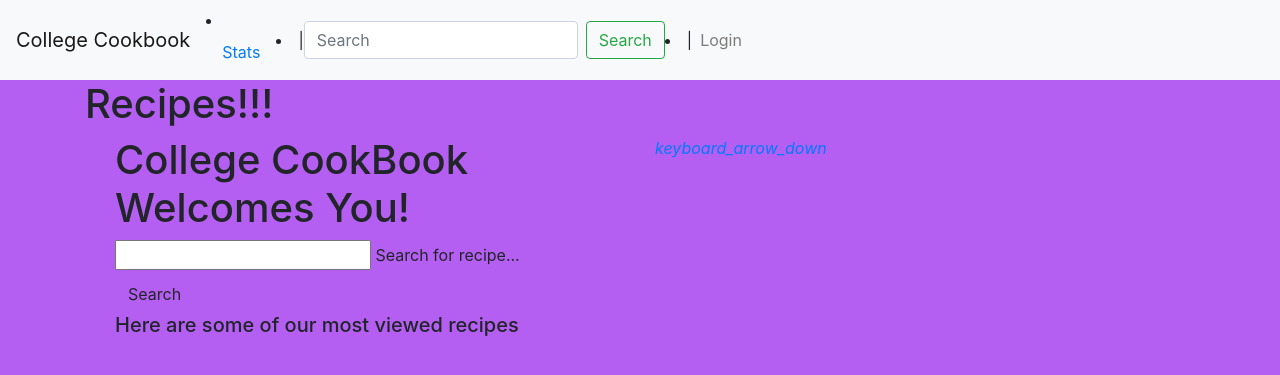
Repository: iiostefanos/college-cookbook
Page: templates/index.html
The author's editor kept a record of every edit. The page is drawn from the files as they stood at one moment, then again after the next edit.
The browser window is 1280 px wide. The pictures show the whole page.
The page is served by the project's application, run on Flask 3 (app.py). The template is opened directly, without the code that normally fills it, so the values that code supplies are empty.

Above is the page before.

After the next edit:
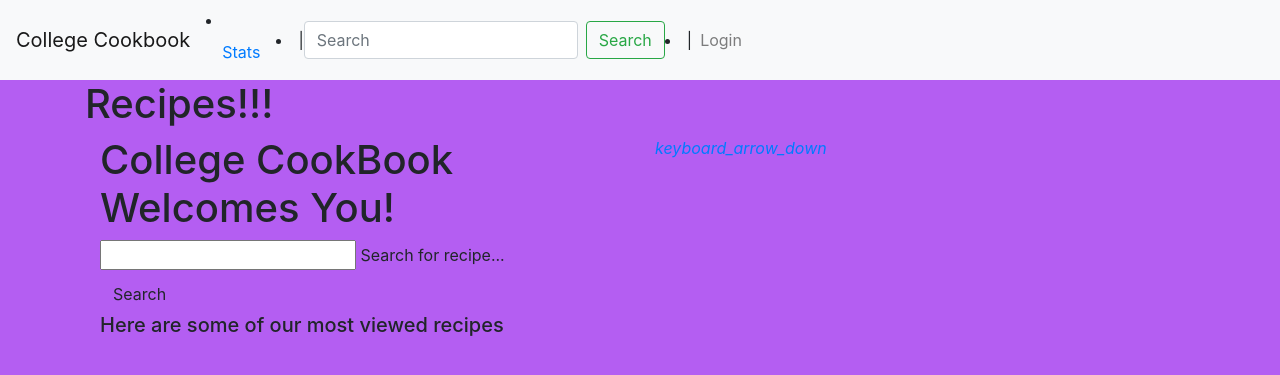
The edit:
--- a/templates/index.html
+++ b/templates/index.html
@@ -1,16 +1,4 @@
 {% extends 'base.html' %} {% block content %}
-
-<!-- Main Background Image -->
-
-<div class="container-fluid main-image-container">
-    <div class="opaque-background" />
-    <div class="row">
-        <div class="col main-recipe-images-column">
-            <div class="main-recipe-images">
-            </div>
-        </div>
-    </div>
-</div>
 
 <!-- Main Heading -->
 
